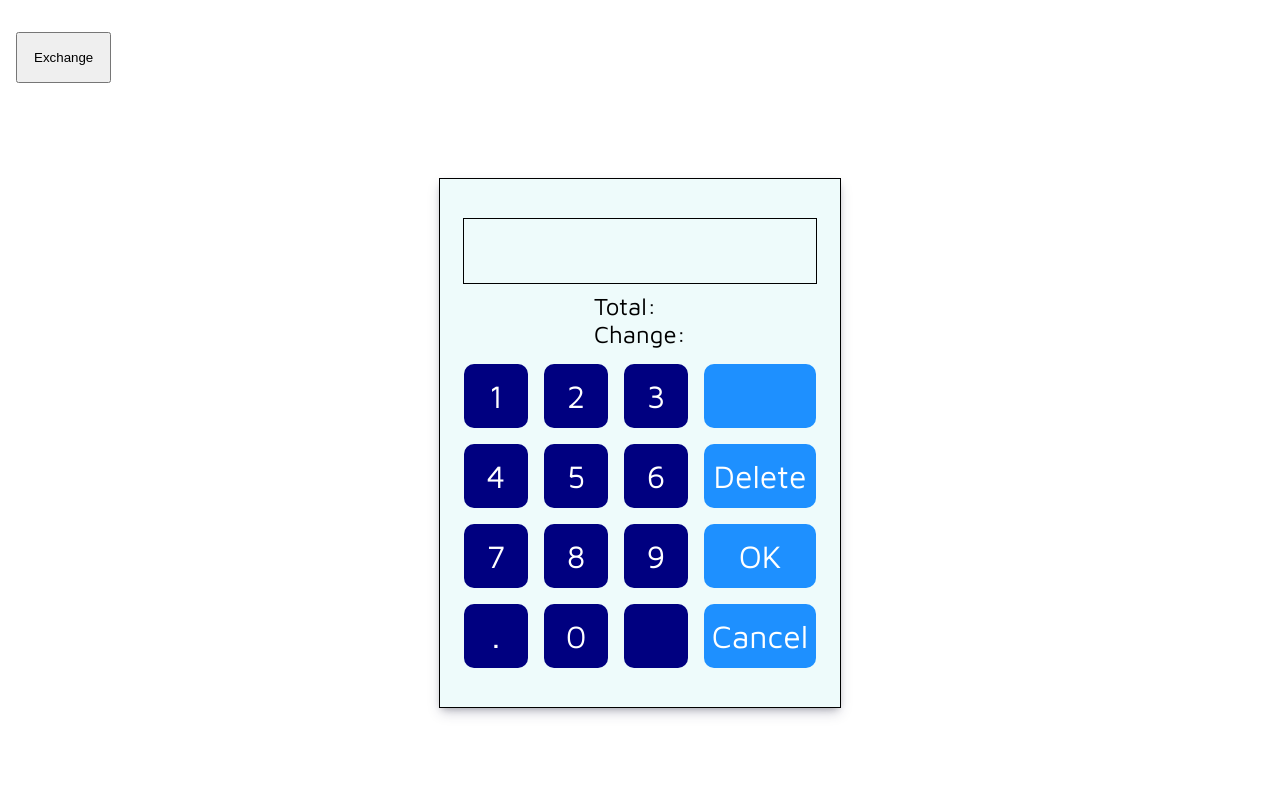
Repository: Dapravith/Midterm-SE-GIC-Cafe-Project-Group16
Page: src/main/resources/templates/changeCalculate.html
The author's editor kept a copy of each file at every save. The page is drawn from the files as they stood at one save, then again after the next save.
The browser window is 1280 px wide. The pictures show the whole page.

Above is the page before, as saved 2023-05-12 16:53:17.
Console error: TypeError: Cannot read properties of null (reading 'addEventListener')

### src/main/resources/templates/changeCalculate.html
<!DOCTYPE html>
<html lang="en">
  <head>
    <meta charset="UTF-8" />
    <meta http-equiv="X-UA-Compatible" content="IE=edge" />
    <meta name="viewport" content="width=device-width, initial-scale=1.0" />
    <title>Document</title>
    <style>
      @import url("https://fonts.googleapis.com/css2?family=Maven+Pro&display=swap");
      * {
        margin: 0;
        padding: 0;
      }
      body {
        font-family: "Maven Pro", sans-serif;
      }
      .popup_button button {
        margin-top: 2rem;
        margin-left: 1rem;
        padding: 1rem;
      }
      .main_wrapper {
        display: flex;
        height: 100vh;
        justify-content: center;
        align-items: center;
      }
      .wrapper_container {
        width: 25rem;
        height: 33rem;
        border: 1px solid black;
        display: flex;
        align-items: center;
        justify-content: center;
        flex-direction: column;
        background-color: #eefbfb;
        box-shadow: rgba(50, 50, 93, 0.25) 0px 6px 12px -2px,
          rgba(0, 0, 0, 0.3) 0px 3px 7px -3px;
      }
      .first_row {
        display: flex;
        gap: 1rem;
      }
      .second_row {
        display: flex;
        gap: 1rem;
        margin-top: 1rem;
      }
      .third_row {
        display: flex;
        gap: 1rem;
        margin-top: 1rem;
      }
      .zero_row {
        display: flex;
        justify-content: center;
        margin-top: 1rem;
        gap: 1rem;
      }
      .box {
        background-color: #000080;
        width: 4rem;
        height: 4rem;
        font-size: 2rem;
        display: flex;
        justify-content: center;
        align-items: center;
        border-radius: 10px;
      }
      .box_cancel {
        background-color: rgb(30, 144, 255);
        width: 7rem;
        height: 4rem;
        font-size: 2rem;
        display: flex;
        justify-content: center;
        align-items: center;
        border-radius: 10px;
      }
      .box_cencel:hover {
        background-color: orange;
        color: white;
      }
      .box_ok {
        background-color: rgb(30, 144, 255);
        width: 7rem;
        height: 4rem;
        font-size: 2rem;
        display: flex;
        justify-content: center;
        align-items: center;
        border-radius: 10px;
      }
      .box_ok:hover {
        background-color: orange;
        color: white;
      }
      .box_ {
        background-color: rgb(30, 144, 255);
        width: 7rem;
        height: 4rem;
        font-size: 2rem;
        display: flex;
        justify-content: center;
        align-items: center;
        border-radius: 10px;
      }
      .box_delete {
        background-color: rgb(30, 144, 255);
        width: 7rem;
        height: 4rem;
        font-size: 2rem;
        display: flex;
        justify-content: center;
        align-items: center;
        border-radius: 10px;
      }
      .box_delete:hover {
        background-color: orange;
        color: white;
      }
      .box:hover {
        background-color: orange;
        color: white;
      }
      a {
        text-decoration: none;
        color: white;
      }
      .number_box {
        margin-bottom: 0.5rem;
        width: 22rem;
        height: 4rem;
        border: 1px solid black;
        color: black;
        display: flex;
        align-items: center;
        font-size: 3rem;
      }
      .total_change_row {
        display: flex;
        flex-direction: column;
        justify-content: flex-start;
        margin-bottom: 1rem;
        font-size: 1.5rem;
      }
    </style>
  </head>
  <body>
    <div class="popup_button">
      <button>Exchange</button>
    </div>

    <div class="main_wrapper">
      <div class="wrapper_container">
        <div class="number-box">
          <div class="number_box"></div>
        </div>
        <div class="total_change_row">
          <span>Total: </span>
          <span>Change: </span>
        </div>
        <!-- row 1 -->
        <div class="first_row">
          <div class="box 1"><a href="#">1</a></div>
          <div class="box 2"><a href="#">2</a></div>
          <div class="box 3"><a href="#">3</a></div>
          <div class="box_"></div>
        </div>
        <div class="second_row">
          <div class="box 4"><a href="#">4</a></div>
          <div class="box 5"><a href="#">5</a></div>
          <div class="box 6"><a href="#">6</a></div>
          <div class="box_delete"><a href="#">Delete</a></div>
        </div>
        <div class="third_row">
          <div class="box 7"><a href="#">7</a></div>
          <div class="box 8"><a href="#">8</a></div>
          <div class="box 9"><a href="#">9</a></div>
          <div class="box_ok"><a href="#">OK</a></div>
        </div>
        <div class="zero_row">
          <div class="box ."><a href="#">.</a></div>
          <div class="box 0"><a href="#">0</a></div>
          <div class="box *"><a href=""></a></div>
          <div class="box_cancel"><a href="#">Cancel</a></div>
        </div>
      </div>
    </div>

    <script>
      // Get the DOM elements
      const totalElement = document.querySelector(
        ".total_change_row span:first-child"
      );
      const changeElement = document.querySelector(
        ".total_change_row span:last-child"
      );
      const numberBox = document.querySelector(".number_box");

      // Set the initial values
      let total = 0;
      let change = 0;
      let enteredNumber = "";

      // Helper function to update the displayed total and change
      function updateTotalAndChange() {
        totalElement.textContent = `Total: ${total.toFixed(2)} USD`;
        changeElement.textContent = `Change: ${change.toFixed(2)} USD`;
      }

      // Event listener for the number buttons
      document.querySelectorAll(".box").forEach((button) => {
        button.addEventListener("click", () => {
          const number = button.textContent;
          enteredNumber += number;
          numberBox.textContent = enteredNumber;
        });
      });

      // Event listener for the delete button
      document.querySelector(".box_delete").addEventListener("click", () => {
        enteredNumber = enteredNumber.slice(0, -1);
        numberBox.textContent = enteredNumber;
      });

      // Event listener for the OK button
      document.querySelector(".box_ok").addEventListener("click", () => {
        const enteredAmount = parseFloat(enteredNumber);
        if (!isNaN(enteredAmount)) {
          total += enteredAmount;
          change = Math.max(change - enteredAmount, 0);
          enteredNumber = "";
          updateTotalAndChange();
          numberBox.textContent = "";
        }
      });

      // Event listener for the cancel button
      document.querySelector(".box_cencel").addEventListener("click", () => {
        enteredNumber = "";
        numberBox.textContent = "";
      });

      // Event listener for the popup button
      document
        .querySelector(".popup_button button")
        .addEventListener("click", () => {
          // Display the popup or do whatever else you need to do here
        });

      // Update the initial total and change values
      updateTotalAndChange();
    </script>
  </body>
</html>

After the next save:
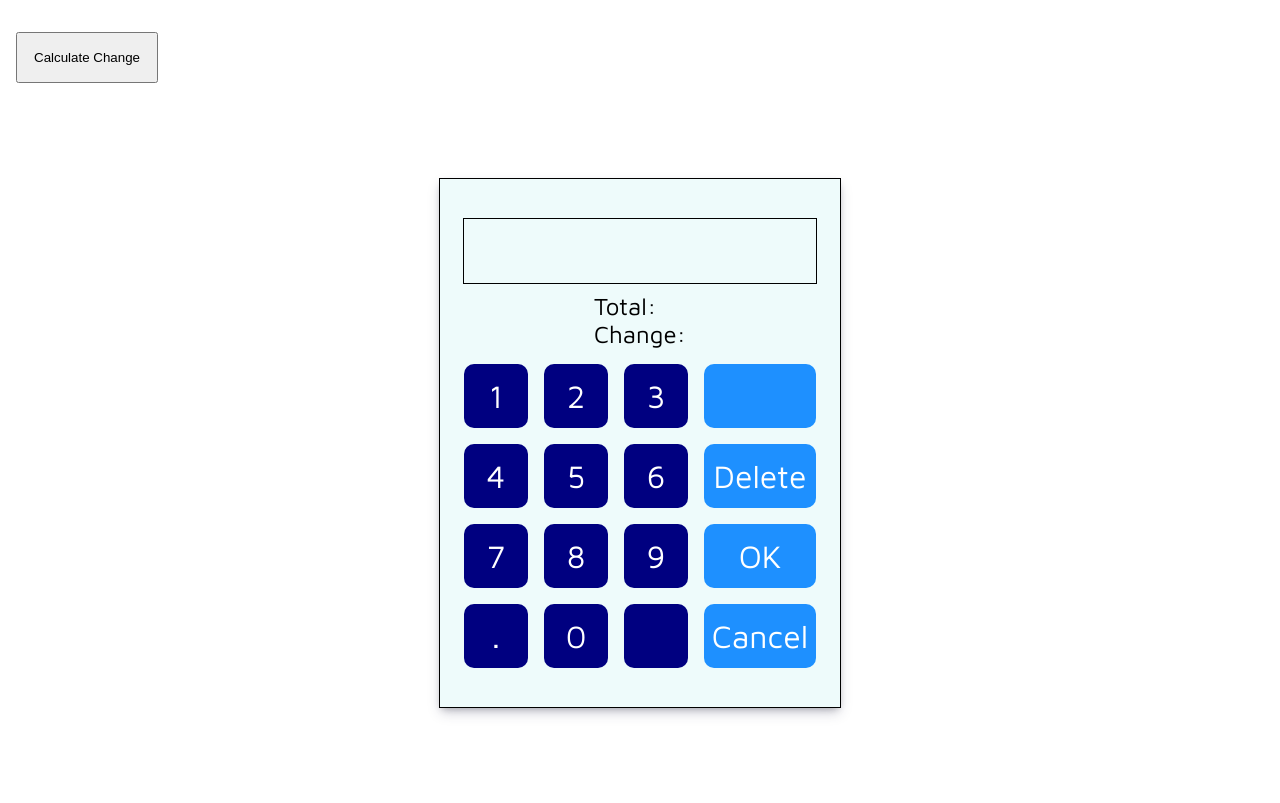
Saved 2 min 1 s later.
--- a/src/main/resources/templates/changeCalculate.html
+++ b/src/main/resources/templates/changeCalculate.html
@@ -148,7 +148,7 @@
   </head>
   <body>
     <div class="popup_button">
-      <button>Exchange</button>
+      <button onclick="calculateChange()">Calculate Change</button>
     </div>
 
     <div class="main_wrapper">
@@ -251,6 +251,18 @@
 
       // Update the initial total and change values
       updateTotalAndChange();
+      function calculateChange() {
+        // Get input values
+        var total = parseFloat(document.getElementById("total").value);
+        var paid = parseFloat(document.getElementById("paid").value);
+
+        // Calculate change
+        var change = paid - total;
+
+        // Update output element
+        var outputElement = document.getElementById("output");
+        outputElement.innerHTML = "Change: " + change.toFixed(2);
+      }
     </script>
   </body>
 </html>
